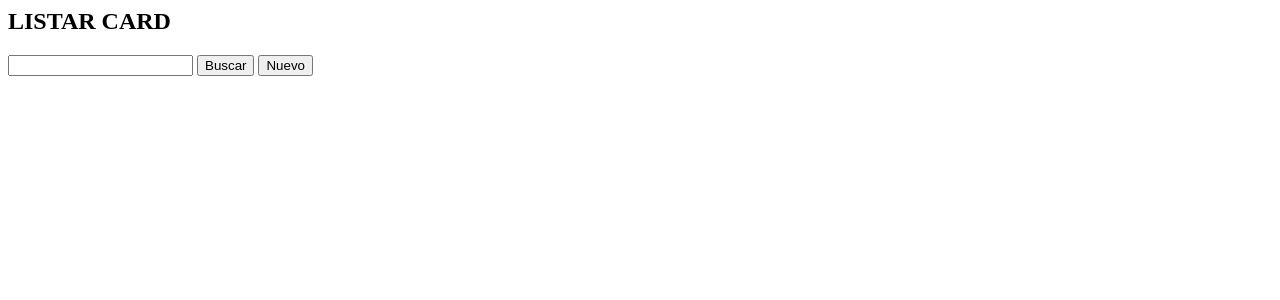
Repository: raalzate/creditcard
Page: http://localhost/CreditCardWeb/
An editor plug-in stored every save of this project. The page is shown before and after the next save, followed by the edit.
The browser window is 1280 px wide. The pictures show the whole page.
The page is served by Tomcat 9. Other server files are loaded and not shown.

Above is the page before, as saved 2016-06-01 19:00:36.

### CreditCardWeb/src/main/webapp/index.html
<html ng-app="creditcard">
<head>
	<script src="js/ext/moment.js"></script>
	<script src="js/ext/angular.min.js"></script>
	<script src="js/ext/angular-route.js"></script>

	<script src="js/modules/app.js"></script>
	<script src="js/factory/clientFactory.js"></script>
	<script src="js/services/cardService.js"></script>
	<script src="js/controllers/listController.js"></script>
	<script src="js/controllers/saveController.js"></script>
</head>
<body>
	<div ng-view></div>
</body>
</html>

### CreditCardWeb/src/main/webapp/js/modules/app.js
var creditcardApp = angular.module("creditcard",["ngRoute"]).

config(function($routeProvider){
	$routeProvider.when("/", {
		controller:'listController',
		templateUrl:'list.html'
	})
	.when("/save", {
		controller:'saveController',
		templateUrl:'save.html'
	})
	.otherwise({redirectTo:'/'});
});

### CreditCardWeb/src/main/webapp/js/factory/clientFactory.js
var module = angular.module("creditcard");


module.factory('clientFactory', function(){
	  return {
		  client: {name: '',cedula: '',id: ''},
		  cards:[],
		  update: function(id, name, cedula, cards) {
			  this.client.id = id;
			  this.client.name = name;
			  this.client.cedula = cedula;
			  this.cards = cards;
		  }
	  };
});

### CreditCardWeb/src/main/webapp/js/services/cardService.js
var module = angular.module("creditcard");

module.service("cardService", function($http){

	this.getCards = function(cedula){
		return $http.get("/CreditCardWeb/rest/creditcard/list/"+cedula);
	};

	this.saveCard = function(client, label, mount,dateCut){

		var card = {
				"client":client,
				"label":label,
				"mount":mount,
				"dateCut":dateCut,
				"bonus":0,
				"status":0
		};

		return $http.put("/CreditCardWeb/rest/creditcard/save", card);
	};

	this.deleteCard = function(id){
		return $http.delete("/CreditCardWeb/rest/creditcard/delete/" + id);
	};
});

### CreditCardWeb/src/main/webapp/js/controllers/listController.js
var module = angular.module("creditcard");


module.controller("listController", function($scope, cardService, clientFactory, $location) {

	setup(); //start

	function setup(){
		if(validClient()) {
			$scope.cedula = clientFactory.client.cedula;
			$scope.listCards = clientFactory.cards;
		} else {
			hiddenTable();
		}
	}

    function hiddenTable(){
		document.getElementById("cardsTable")
			.style.visibility = "hidden";
	}

	function showTable(){
		document.getElementById("cardsTable")
		.style.visibility = "visible";
	}

    function hiddenButtonNew(){
		document.getElementById("btnNew")
			.style.visibility = "hidden";
	}

	function showButtonNew(){
		document.getElementById("btnNew")
		.style.visibility = "visible";
	}

	function showMessage(message){
		$scope.result = message;
	}

	function updateClient(data){
		firstClientOfList = data[0].client;
		clientFactory.update(
				firstClientOfList.id,
				firstClientOfList.name,
				firstClientOfList.cedula,
				data
		);
	}

	function validClient(){
		return clientFactory.client.id?true:false;
	}

	$scope.buscarCards = function() {

		showMessage("Cargando...");
		var cards = cardService.getCards($scope.cedula);

		cards.success(function(data) {

			$scope.listCards = data;

			if (data.length > 0) {
				updateClient(data);
				showMessage("");
				showTable();
			} else {
				hiddenTable();
				showMessage("No hay resultados");
			}

		}).error(function(data, status, headers, config) {
			alert(headers("internalServerError"));
			showMessage("Error de la consulta");
			hiddenTable();
		});

	};

	$scope.eliminarCard = function(id) {
		if(confirm("Desea eliminar la tarjeta?")) {
			showMessage("Cargando...");
			var cardDelete = cardService.deleteCard(id);
			cardDelete.success(function(data){

				showMessage("");
				alert("Se elimino la tarjeta");
				document.getElementById('tr-'+id).remove();

			}).error(function(data, status, headers, config){
				alert(headers("internalServerError"));
				showMessage("Error de la consulta");
			});
		}

	};

	$scope.nuevoCard = function() {
		$location.url("/save");
	};
});

### CreditCardWeb/src/main/webapp/js/controllers/saveController.js
var module = angular.module("creditcard");


module.controller("saveController", function($scope, cardService, clientFactory, $location){

	setup();//start

	function setup(){
		if(validClient()){
			$scope.cedula = clientFactory.client.cedula;
			$scope.nameClient =  clientFactory.client.name;
		} else {
			$location.url("/");
		}
	}

	function validClient(){
		return clientFactory.client.id?true:false;
	}

	$scope.guardarCard = function(){

		var dateCut = moment($scope.dateCut).format("YYYY-MM-DD");

		var saveCard = cardService.saveCard(
				clientFactory.client, $scope.label, $scope.mount, dateCut);

		saveCard.success(function(data){
			alert("Se creo la tarjeta correctamente!.");
			$location.url("/");
		}).error(function(data, status, headers, config){
			alert("Error al guardar");
		});
	};

	$scope.regresar = function(){
		$location.url("/");
	};
});

### CreditCardWeb/src/main/webapp/list.html
<h2>LISTAR CARD</h2>
<div ng-controller="listController">
	<input type="text" name="cedula" ng-model="cedula">

	<button name="buscar" ng-click="buscarCards()">Buscar</button>
	<button name="new" ng-click="nuevoCard()" id="btnNew">Nuevo</button>
	<span>{{result}}</span>
	<table frame="border" style="border:solid 1px;margin:10px 0 10px 0" id="cardsTable">
		<thead>
			<tr>
				<th>Label</th>
				<th>Moto</th>
				<th>Cédula</th>
				<th>Bono</th>
				<th>Fecha de Corte</th>
				<th></th>
			</tr>
		</thead>
		<tbody ng-repeat="card in listCards">
			<tr name="card" id="tr-{{card.id}}">
				<td>{{card.label}}</td>
				<td>{{card.mount | currency:"$"}}</td>
				<td>{{card.client.cedula}}</td>
				<td>{{card.bonus | currency:"$"}}</td>
				<td>{{card.dateCut | limitTo : 10 : 0}}</td>
				<td><button name="eliminar" ng-click="eliminarCard(card.id)">Eliminar</button></td>
			</tr>
		</tbody>
	</table>


</div>

Loaded but not shown: CreditCardWeb/src/main/webapp/js/ext/moment.js (common file); CreditCardWeb/src/main/webapp/js/ext/angular.min.js (library); CreditCardWeb/src/main/webapp/js/ext/angular-route.js (1025 lines, source omitted)

After the next save:
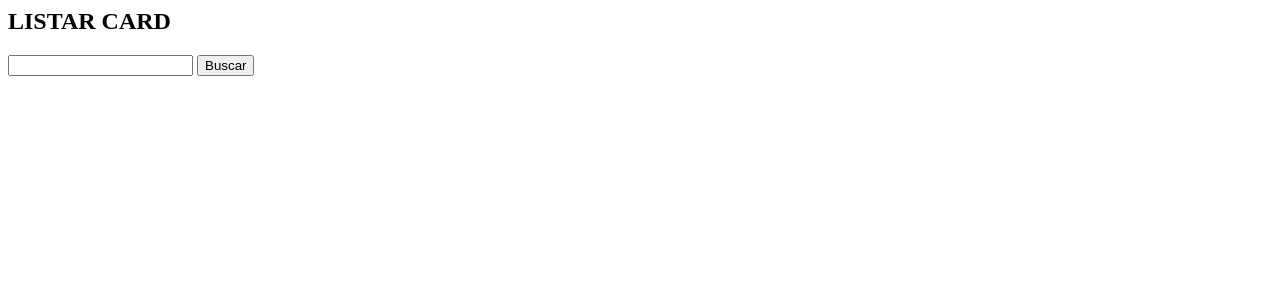
Saved 13 s later.
--- a/CreditCardWeb/src/main/webapp/js/controllers/listController.js
+++ b/CreditCardWeb/src/main/webapp/js/controllers/listController.js
@@ -11,6 +11,7 @@ module.controller("listController", function($scope, cardService, clientFactory,
 			$scope.listCards = clientFactory.cards;
 		} else {
 			hiddenTable();
+			hiddenButtonNew();
 		}
 	}
 
